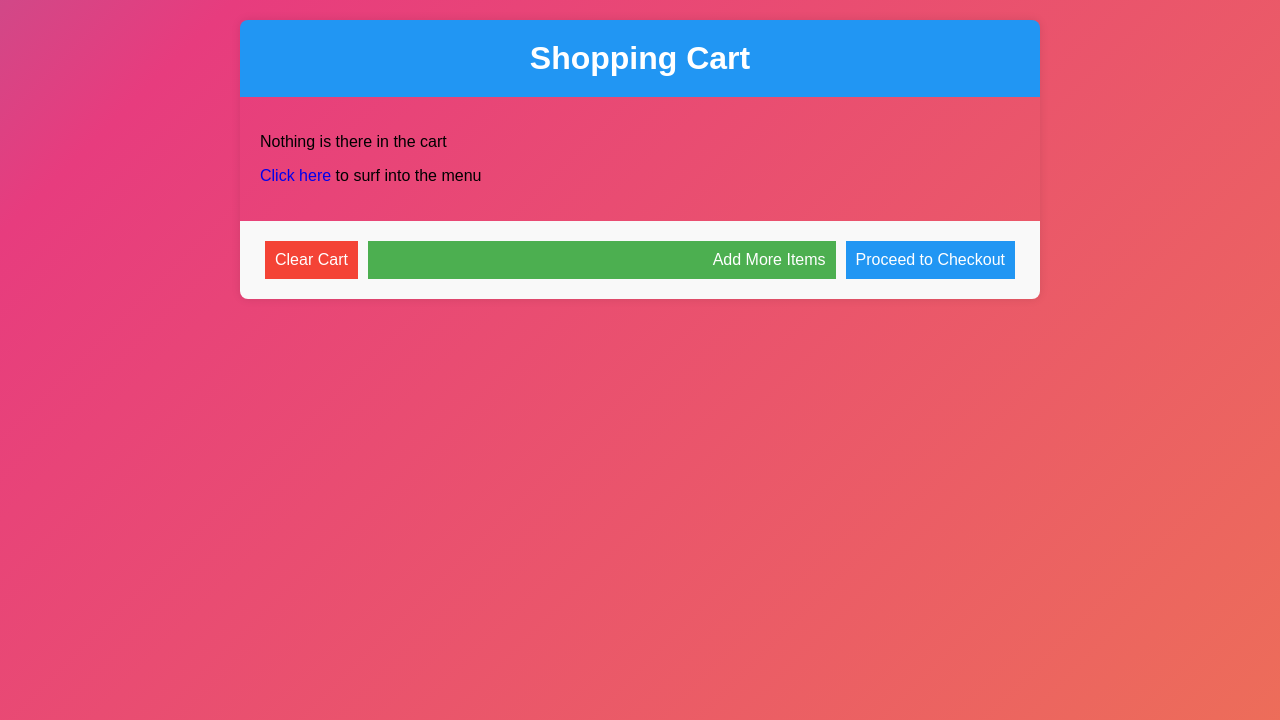
Repository: thotameghana/Food-Delivery
Page: http://localhost/FoodApplication/cart.jsp
The author's editor kept a copy of each file at every save. The page is drawn from the files as they stood at one save, then again after the next save.
The browser window is 1280 px wide. The pictures show the whole page.
The page is served by Tomcat 10.

Above is the page before, as saved 2025-01-02 09:49:01.

After the next save:
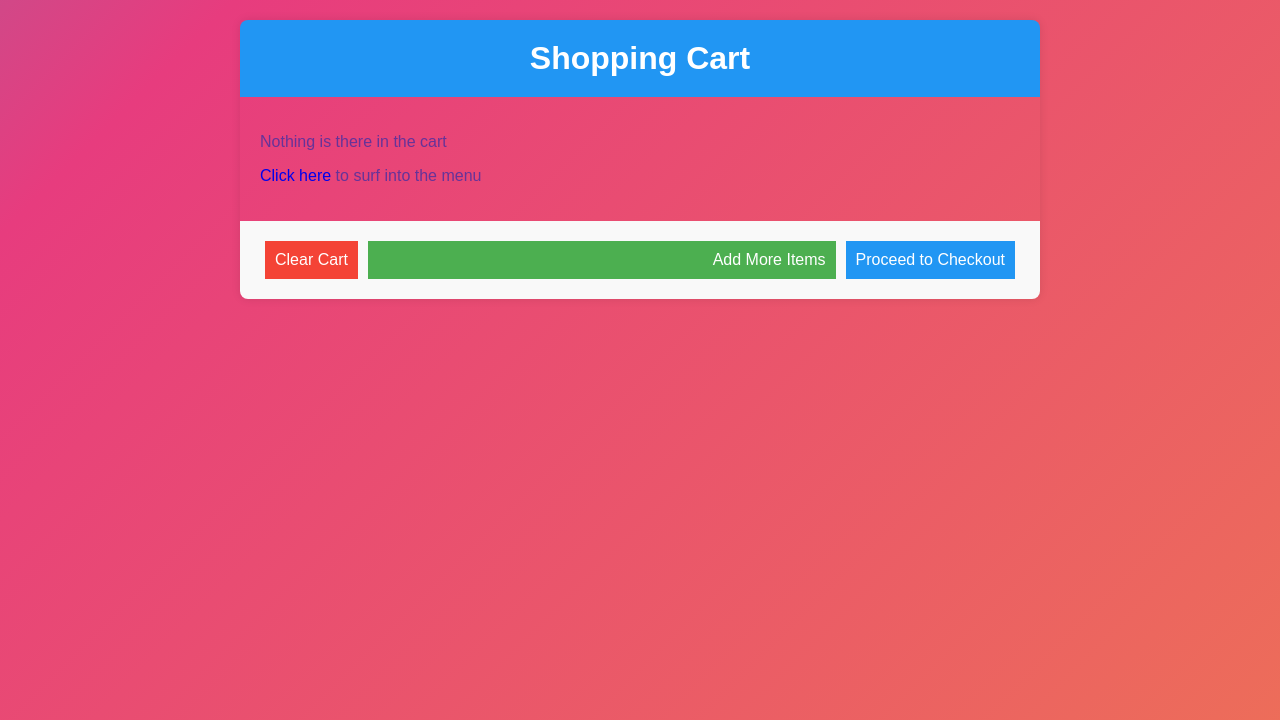
Saved 26 s later.
--- a/FoodApplication/src/main/webapp/styles/cart.css
+++ b/FoodApplication/src/main/webapp/styles/cart.css
@@ -22,6 +22,7 @@
         border-radius: 8px;
         box-shadow: 0 0 10px rgba(0,0,0,0.1);
         overflow: hidden;
+        color: rebeccapurple;
     }
     h1 {
         background-color: #2196f3;

After the save that followed:
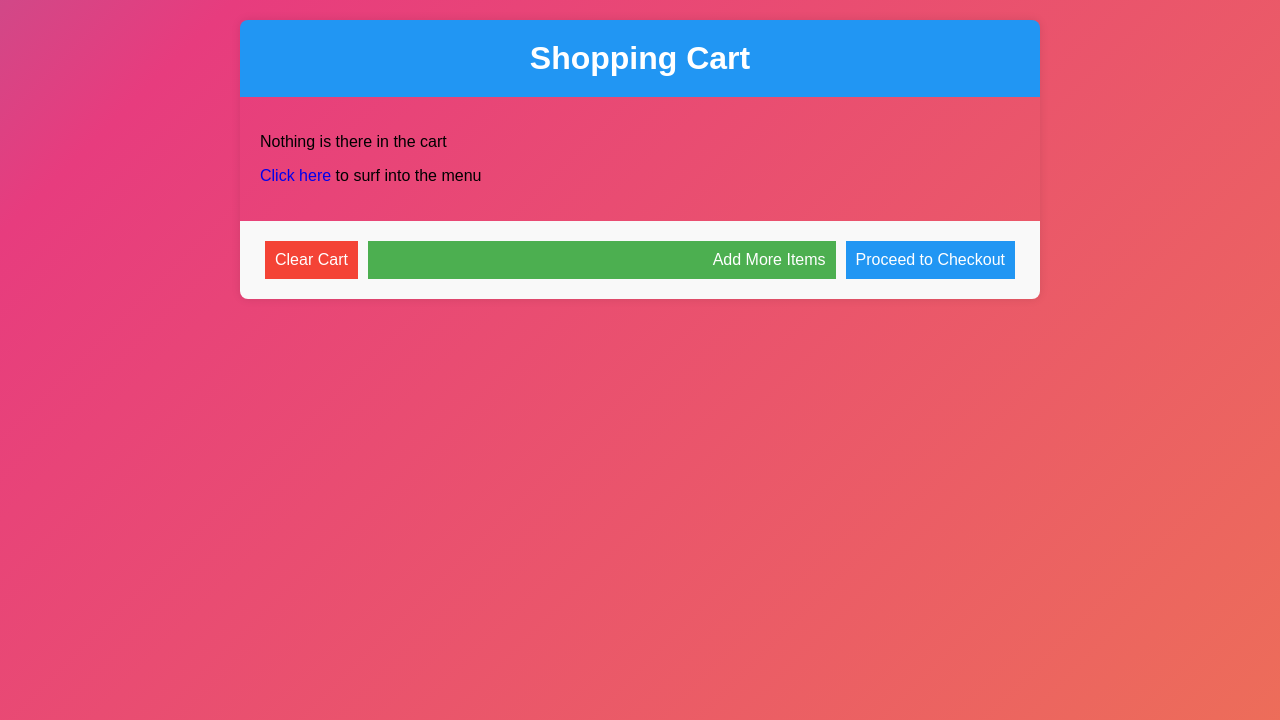
Saved 16 s later.
--- a/FoodApplication/src/main/webapp/styles/cart.css
+++ b/FoodApplication/src/main/webapp/styles/cart.css
@@ -22,9 +22,9 @@
         border-radius: 8px;
         box-shadow: 0 0 10px rgba(0,0,0,0.1);
         overflow: hidden;
-        color: rebeccapurple;
     }
     h1 {
+        color: rebeccapurple;
         background-color: #2196f3;
         color: white;
         margin: 0;
